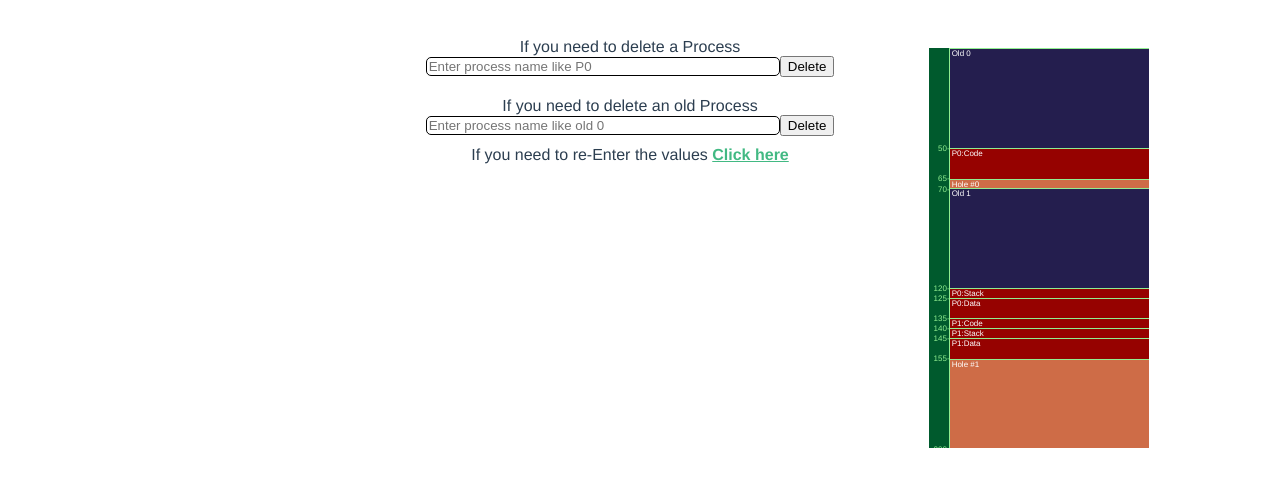
Repository: atout811/memory-allocation-project
Page: /#/final
The author's editor kept a copy of each file at every save. The page is drawn from the files as they stood at one save, then again after the next save.
The browser window is 1280 px wide. The pictures show the whole page.
The project was rebuilt for these pictures with package versions that can differ from the ones it lists, and the page was loaded fresh each time. Also part of the build but not shown: src/views/MemoryAndHoles.vue, src/views/Process.vue, src/views/Methods.vue.

Above is the page before, as saved 2021-06-10 19:50:00.

### src/views/Final.vue
<template>
  <div class="cont">
    <div class="inputs">
      <div>
        If you need to delete a Process
        <input
          type="text"
          placeholder="Enter process name like P0"
          v-model="delProcess"
          class="txt"
        />
        <input
          type="Button"
          value="Delete"
          placeholder="Enter process name like P0"
          @click="deleteProcess(delProcess, false, true)"
        />
      </div>
      <div>
        If you need to delete an old Process
        <input
          type="text"
          placeholder="Enter process name like old 0"
          v-model="delOld"
          class="txt"
        />
        <input
          type="Button"
          value="Delete"
          placeholder="Enter process name like P0"
          @click="deleteProcess(delOld, true, true)"
        />
        <div>
          If you need to re-Enter the values
          <router-link to="/"> Click here </router-link>
        </div>
        {{ waitingProcess() }}
      </div>
    </div>
    <div class="mem">
      <div class="memory"></div>
    </div>
  </div>
</template>

<script>
export default {
  name: "Final",

  data() {
    return {
      data: this.$store.state.input,
      delProcess: "",
      delOld: "",
    };
  },
  created: function () {
    let data = this.data;
    this.$store.state.input.Holes = data.Holes.map((item) => [
      Number(item.starting),
      Number(item.size),
    ]);

    let test = [];
    for (let index = 0; index < data.Processes.length; index++) {
      let item = data.Processes[index].segments;
      let temp = {};
      for (let j = 0; j < item.length; j++) {
        temp[item[j].name] = [Number(item[j].size)];
      }
      test[index] = [null, temp, data.Processes[index].name];
    }
    this.$store.state.input.Processes = [...test];
  },
  methods: {
    deleteProcess: function (delProcess, isOld) {
      const memory = document.querySelector("div.cont div.mem > .memory");

      const scale = 2;
      let data = this.data;
      let holes = data.Holes;
      // data.Holes.map((item) => [
      //   Number(item.starting),
      //   Number(item.size),
      // ]);

      // let holes = [
      //   [140, 100],
      //   [40, 80],
      //   [260, 90],
      // ];

      let totalMemorySize = Number(data.memSize);
      function orderHoles() {
        holes = holes.sort((a, b) => a[0] - b[0]);
      }
      function renderMemory() {
        memory.style.height = `${totalMemorySize * scale}px`;
      }
      renderMemory();
      let obj = {};
      // let test = data.Processes.map((item) => [
      //   null,
      //   item.segments.forEach((el) => {
      //     return Object.assign({ [el.name]: [Number(el.size)] });
      //   }),
      //   item.name,
      // ]);
      // let test = [];
      // for (let index = 0; index < data.Processes.length; index++) {
      //   let item = data.Processes[index].segments;
      //   let temp = {};
      //   for (let j = 0; j < item.length; j++) {
      //     temp[item[j].name] = [Number(item[j].size)];
      //   }
      //   test[index] = [null, temp, data.Processes[index].name];
      // }
      let processes = data.Processes;

      // processes = [
      //   [null, { code: [10], data: [30], stack: [16] }, "p1"],
      //   [null, { code: [15], data: [30], stack: [25] }, "p3"],
      //   [null, { code: [10], data: [40], stack: [18] }, "p2"],
      //   [null, { code: [12], data: [10], stack: [12] }, "p4"],
      // ]; //start,size,name
      console.log("prooooooooooocess: ", processes);
      let OldProcess = [];

      function generateOldProcess() {
        const firstHoleStart = holes[0][0];
        let flag;
        if (firstHoleStart > 0) {
          OldProcess.push([0, firstHoleStart, `old ${0}`]);
        }

        for (let h = 0; h < holes.length; h++) {
          const holeStart = holes[h][0];
          const HoleSize = holes[h][1];
          const HoleEnd = holeStart + HoleSize;

          if (h === holes.length - 1) {
            const lastHole = totalMemorySize - HoleEnd;
            if (HoleEnd < totalMemorySize)
              OldProcess.push([HoleEnd, lastHole, `old ${h + 1}`]);
          } else {
            const nextStart = holes[h + 1][0];
            OldProcess.push([HoleEnd, nextStart - HoleEnd, `old ${h + 1}`]);
          }
        }
      }
      // alert(holes[0][0])
      function renderHoles(type, holes) {
        // holes ==>
        for (let hole = 0; hole < holes.length; hole += 1) {
          const startingIndex = holes[hole][0];
          const size = holes[hole][1];

          // alert(hole)
          const holeBox = document.createElement("div");
          if (type === "old") {
            holeBox.innerText = holes[hole][2];
            holeBox.classList.add("oldProcess");
          } else if (type === "hole") {
            holeBox.innerText = "Hole #" + hole;
            holeBox.classList.add("hole");
          } else if (type === "process") {
            holeBox.innerText = holes[hole][2];
            holeBox.classList.add("process");
          }

          holeBox.style.top = `${startingIndex * scale}px`;
          holeBox.style.height = `${size * scale}px`;
          const endSize = document.createElement("span");
          const endSizeContainer = document.createElement("div");
          endSizeContainer.classList.add("endSizeContainer");
          endSizeContainer.appendChild(endSize);
          endSize.innerText = startingIndex + size;

          endSize.classList.add("holeEndIndex");
          if (startingIndex !== null) {
            holeBox.appendChild(endSizeContainer);
            memory.appendChild(holeBox);
          } else {
            // ERROR THE PROCESS CAN'T BE ALLOCATED
          }
        }
      }

      const totalProcessSize = (process) =>
        Object.values(process).reduce((prev, acc) => prev + acc);

      let method = data.Method;
      function allocate() {
        for (let p = 0; p < processes.length; p++) {
          // DON'T TOUCH MY SHIT 😡😡😡
          // firstFit(processes[p])
          if (method == "first-fit") {
            console.log("First");
            firstFit(processes[p]);
          } else if (method == "best-fit") {
            console.log("Best");
            bestFit(processes[p], true);
          } else if (method == "worse-fit") {
            console.log("Worse");
            bestFit(processes[p], false);
          }
        }
        console.log("PROCCESES", processes);
      }

      function getSmallestHole(tempHoles, segmentSize, isBest) {
        let smallestHole = isBest ? [0, 1000000] : [0, 0];

        tempHoles.forEach((hole, index) => {
          const [holeStart, holeSize] = hole;
          if (isBest) {
            if (holeSize > segmentSize && smallestHole[1] > holeSize) {
              smallestHole = hole;
              smallestHole[2] = index;
            } else if (
              smallestHole[2] === undefined &&
              index === tempHoles.length - 1
            ) {
              // couldn't find hole
              smallestHole[2] = -1;
            }
          } else {
            // worse fit (let largest hole)
            if (holeSize > segmentSize && smallestHole[1] < holeSize) {
              smallestHole = hole;
              smallestHole[2] = index;
            } else if (
              smallestHole[2] === undefined &&
              index === tempHoles.length - 1
            ) {
              // couldn't find hole
              smallestHole[2] = -1;
            }
          }
        });
        return smallestHole;
      }

      function bestFit(p, isBest) {
        // Allocate in the smallest hole
        const segments = p[1];
        let isAllProcessAllocated = true;
        let tempHoles = JSON.parse(JSON.stringify(holes));
        Object.entries(segments).forEach(
          // for each segment
          ([name, value]) => {
            const segmentSize = value[0];
            let smallest = getSmallestHole(tempHoles, segmentSize, isBest);
            const [holeStart, holeEnd, holeIndex] = smallest;
            if (holeIndex == -1) {
              console.log("PROCESS CAN NOt BE ALLOCATED", p);
              isAllProcessAllocated = false;
              p[0] = true;
            }

            value[1] = smallest[0];
            const segEnd = segmentSize + holeStart;

            if (holeIndex !== -1) {
              tempHoles[holeIndex][0] = segEnd;
              const oldHoleSize = tempHoles[holeIndex][1];
              tempHoles[holeIndex][1] = oldHoleSize - segmentSize;
            } else {
              console.log("BUBUBUB", holeIndex);
            }

            //    console.log("value",value)
            //    console.log("smallestHole",smallest)
            console.log("_________________");
          }
        );
        if (isAllProcessAllocated) holes = tempHoles;
      }

      function firstFit(p) {
        // forEach segment loop over the holes
        // create a temp allocation array
        // that array
        // const size =totalProcessSize
        const segments = p[1];
        let isAllProcessAllocated = true;
        let tempHoles = JSON.parse(JSON.stringify(holes));

        Object.entries(segments).forEach(([name, value]) => {
          tempHoles.every((hole, index) => {
            const [holeStart, holeSize] = hole;
            let [size, segmentStartingIndex] = value;
            if (size <= holeSize) {
              value[1] = tempHoles[index][0];
              const segEnd = size + holeStart;
              tempHoles[index][0] = segEnd;
              tempHoles[index][1] = tempHoles[index][1] - size;
              return false;
            } else {
              if (index === tempHoles.length - 1) {
                //😞 مش لاقي مكان
                isAllProcessAllocated = false;
                console.log("CATCH", p);
                p[0] = true;
              }
              return true;
            }
          });
        });
        if (isAllProcessAllocated) {
          holes = tempHoles;
        }
      }

      function renderProcess() {
        processes.forEach((p) => {
          // loop over segments:
          if (!p[0]) {
            Object.keys(p[1]).forEach((s) => {
              // console.log("SEGMEMT",[p[1][s][1],[p[1][s]][0]])
              renderHoles("process", [
                [p[1][s][1], p[1][s][0], `${p[2]}:${s}`],
              ]);
            });
          }
          // }else{
          // PROCESS CAN NOT BE ALLOCATED (NO ENGOUGH SPACE!)
          // }
        });
      }

      function concateHoles() {
        holes.forEach((h, index) => {
          const [start, size] = h;
          if (index < holes.length - 1) {
            const end = start + size;
            const [nextStart, nextSize] = holes[index + 1];
            if (end >= nextStart) {
              holes[index][1] = nextStart + nextSize - start;
              holes = [...holes.slice(0, index + 1), ...holes.slice(index + 2)];
              concateHoles();
            }
          }
        });
      }

      const deleteProcess = (processName, isOld) => {
        // create a hole
        console.log(
          "--------------------------------------------------------------------------------"
        );

        let start, ProcessSize, AfterDelete, segments;
        if (isOld) {
          // deleteProcess()
          const processIndex = OldProcess.findIndex(
            (p) => p[2] === processName
          );
          AfterDelete = [
            ...OldProcess.slice(0, processIndex),
            ...OldProcess.slice(processIndex + 1),
          ];
          // [start,segments,name] =processes[processIndex]
          start = OldProcess[processIndex][0];
          ProcessSize = OldProcess[processIndex][1];

          OldProcess = AfterDelete;
          holes.push([start, ProcessSize]);
        } else {
          const processIndex = processes.findIndex((p) => p[2] === processName);
          console.log("INDDDEX", processIndex);
          AfterDelete = [
            ...processes.slice(0, processIndex),
            ...processes.slice(processIndex + 1),
          ];
          //  recover Holes
          const [starter, segments] = processes[processIndex];
          Object.values(segments).forEach(([size, starting]) => {
            console.log(size, starting);
            holes.push([starting, size]);
          });
          processes = AfterDelete;
          this.$store.state.input.Processes = AfterDelete;
          console.log(processes);
          console.log("hey", this.$store.state.input.Processes);
        }

        orderHoles();
        concateHoles();
        // [null,{code:10,data:30,stack:16},"p1"]
        render();
      };
      orderHoles();
      concateHoles();
      generateOldProcess();
      // deleteProcess("old 0",true)
      // deleteProcess("old 2",true)
      allocate();

      function clear() {
        while (memory.firstChild) {
          memory.removeChild(memory.lastChild);
        }
      }

      function render() {
        clear();
        renderHoles("hole", holes);
        renderHoles("old", OldProcess);
        renderProcess();
      }
      render();
      if (delProcess.length) {
        deleteProcess(delProcess, isOld, this.$store.state.input.Processes);
      }
      // deleteProcess("p2",false)
      // deleteProcess("p1",false)
      // deleteProcess("p4",false)
    },
    waitingProcess: function () {
      return this.$store.state.input.Processes.forEach((item) =>
        item[0] ? `${item[2]} is  waiting` : null
      );
    },
  },
  mounted: function () {
    const memory = document.querySelector("div.cont div.mem > .memory");
    console.log(memory);
    const scale = 2;
    let data = this.data;

    let holes = data.Holes;
    // data.Holes.map((item) => [
    //   Number(item.starting),
    //   Number(item.size),
    // ]);

    // let holes = [
    //   [140, 100],
    //   [40, 80],
    //   [260, 90],
    // ];

    let totalMemorySize = Number(data.memSize);
    function orderHoles() {
      holes = holes.sort((a, b) => a[0] - b[0]);
    }
    function renderMemory() {
      memory.style.height = `${totalMemorySize * scale}px`;
    }
    renderMemory();
    let obj = {};
    // let test = data.Processes.map((item) => [
    //   null,
    //   item.segments.forEach((el) => {
    //     return Object.assign({ [el.name]: [Number(el.size)] });
    //   }),
    //   item.name,
    // ]);
    // let test = [];
    // for (let index = 0; index < data.Processes.length; index++) {
    //   let item = data.Processes[index].segments;
    //   let temp = {};
    //   for (let j = 0; j < item.length; j++) {
    //     temp[item[j].name] = [Number(item[j].size)];
    //   }
    //   test[index] = [null, temp, data.Processes[index].name];
    // }
    let processes = data.Processes;
    console.log("prooooooooooocess: ", processes);
    let OldProcess = [];

    function generateOldProcess() {
      const firstHoleStart = holes[0][0];

      if (firstHoleStart > 0) {
        OldProcess.push([0, firstHoleStart, `old ${0}`]);
      }

      for (let h = 0; h < holes.length; h++) {
        const holeStart = holes[h][0];
        const HoleSize = holes[h][1];
        const HoleEnd = holeStart + HoleSize;

        if (h === holes.length - 1) {
          const lastHole = totalMemorySize - HoleEnd;
          if (HoleEnd < totalMemorySize)
            OldProcess.push([HoleEnd, lastHole, `old ${h + 1}`]);
        } else {
          const nextStart = holes[h + 1][0];
          OldProcess.push([HoleEnd, nextStart - HoleEnd, `old ${h + 1}`]);
        }
      }
    }
    // alert(holes[0][0])
    function renderHoles(type, holes) {
      // holes ==>
      for (let hole = 0; hole < holes.length; hole += 1) {
        const startingIndex = holes[hole][0];
        const size = holes[hole][1];

        // alert(hole)
        const holeBox = document.createElement("div");
        if (type === "old") {
          holeBox.innerText = holes[hole][2];
          holeBox.classList.add("oldProcess");
        } else if (type === "hole") {
          holeBox.innerText = "Hole #" + hole;
          holeBox.classList.add("hole");
        } else if (type === "process") {
          holeBox.innerText = holes[hole][2];
          holeBox.classList.add("process");
        }

        holeBox.style.top = `${startingIndex * scale}px`;
        holeBox.style.height = `${size * scale}px`;
        const endSize = document.createElement("span");
        const endSizeContainer = document.createElement("div");
        endSizeContainer.classList.add("endSizeContainer");
        endSizeContainer.appendChild(endSize);
        endSize.innerText = startingIndex + size;

        endSize.classList.add("holeEndIndex");
        if (startingIndex !== null) {
          holeBox.appendChild(endSizeContainer);
          memory.appendChild(holeBox);
        } else {
          // ERROR THE PROCESS CAN'T BE ALLOCATED
        }
      }
    }

    const totalProcessSize = (process) =>
      Object.values(process).reduce((prev, acc) => prev + acc);

    let method = data.Method;
    function allocate() {
      for (let p = 0; p < processes.length; p++) {
        // DON'T TOUCH MY SHIT 😡😡😡
        // firstFit(processes[p])
        if (method == "first-fit") {
          console.log("First");
          firstFit(processes[p]);
        } else if (method == "best-fit") {
          console.log("Best");
          bestFit(processes[p], true);
        } else if (method == "worse-fit") {
          console.log("Worse");
          bestFit(processes[p], false);
        }
      }
      console.log("PROCCESES", processes);
    }

    function getSmallestHole(tempHoles, segmentSize, isBest) {
      let smallestHole = isBest ? [0, 1000000] : [0, 0];

      tempHoles.forEach((hole, index) => {
        const [holeStart, holeSize] = hole;
        if (isBest) {
          if (holeSize > segmentSize && smallestHole[1] > holeSize) {
            smallestHole = hole;
            smallestHole[2] = index;
          } else if (
            smallestHole[2] === undefined &&
            index === tempHoles.length - 1
          ) {
            // couldn't find hole
            smallestHole[2] = -1;
          }
        } else {
          // worse fit (let largest hole)
          if (holeSize > segmentSize && smallestHole[1] < holeSize) {
            smallestHole = hole;
            smallestHole[2] = index;
          } else if (
            smallestHole[2] === undefined &&
            index === tempHoles.length - 1
          ) {
            // couldn't find hole
            smallestHole[2] = -1;
          }
        }
      });
      return smallestHole;
    }

    function bestFit(p, isBest) {
      // Allocate in the smallest hole
      const segments = p[1];
      let isAllProcessAllocated = true;
      let tempHoles = JSON.parse(JSON.stringify(holes));
      Object.entries(segments).forEach(
        // for each segment
        ([name, value]) => {
          const segmentSize = value[0];
          let smallest = getSmallestHole(tempHoles, segmentSize, isBest);
          const [holeStart, holeEnd, holeIndex] = smallest;
          if (holeIndex == -1) {
            console.log("PROCESS CAN NOt BE ALLOCATED", p);
            isAllProcessAllocated = false;
            p[0] = true;
          }

          value[1] = smallest[0];
          const segEnd = segmentSize + holeStart;

          if (holeIndex !== -1) {
            tempHoles[holeIndex][0] = segEnd;
            const oldHoleSize = tempHoles[holeIndex][1];
            tempHoles[holeIndex][1] = oldHoleSize - segmentSize;
          } else {
            console.log("BUBUBUB", holeIndex);
          }

          //    console.log("value",value)
          //    console.log("smallestHole",smallest)
          console.log("_________________");
        }
      );
      if (isAllProcessAllocated) holes = tempHoles;
    }

    function firstFit(p) {
      // forEach segment loop over the holes
      // create a temp allocation array
      // that array
      // const size =totalProcessSize
      const segments = p[1];
      let isAllProcessAllocated = true;
      let tempHoles = JSON.parse(JSON.stringify(holes));

      Object.entries(segments).forEach(([name, value]) => {
        tempHoles.every((hole, index) => {
          const [holeStart, holeSize] = hole;
          let [size, segmentStartingIndex] = value;
          if (size <= holeSize) {
            value[1] = tempHoles[index][0];
            const segEnd = size + holeStart;
            tempHoles[index][0] = segEnd;
            tempHoles[index][1] = tempHoles[index][1] - size;
            return false;
          } else {
            if (index === tempHoles.length - 1) {
              //😞 مش لاقي مكان
              isAllProcessAllocated = false;
              console.log("CATCH", p);
              p[0] = true;
            }
            return true;
          }
        });
      });
      if (isAllProcessAllocated) {
        holes = tempHoles;
      }
    }

    function renderProcess() {
      processes.forEach((p) => {
        // loop over segments:
        if (!p[0]) {
          Object.keys(p[1]).forEach((s) => {
            // console.log("SEGMEMT",[p[1][s][1],[p[1][s]][0]])
            renderHoles("process", [[p[1][s][1], p[1][s][0], `${p[2]}:${s}`]]);
          });
        }
        // }else{
        // PROCESS CAN NOT BE ALLOCATED (NO ENGOUGH SPACE!)
        // }
      });
    }

    function concateHoles() {
      holes.forEach((h, index) => {
        const [start, size] = h;
        if (index < holes.length - 1) {
          const end = start + size;
          const [nextStart, nextSize] = holes[index + 1];
          if (end >= nextStart) {
            holes[index][1] = nextStart + nextSize - start;
            holes = [...holes.slice(0, index + 1), ...holes.slice(index + 2)];
            concateHoles();
          }
        }
      });
    }

    function deleteProcess(processName, isOld) {
      // create a hole
      let start, ProcessSize, AfterDelete, segments;
      if (isOld) {
        // deleteProcess()
        const processIndex = OldProcess.findIndex((p) => p[2] === processName);
        AfterDelete = [
          ...OldProcess.slice(0, processIndex),
          ...OldProcess.slice(processIndex + 1),
        ];
        // [start,segments,name] =processes[processIndex]
        start = OldProcess[processIndex][0];
        ProcessSize = OldProcess[processIndex][1];

        OldProcess = AfterDelete;
        holes.push([start, ProcessSize]);
      } else {
        const processIndex = processes.findIndex((p) => p[2] === processName);
        console.log("INDDDEX", processIndex);
        AfterDelete = [
          ...processes.slice(0, processIndex),
          ...processes.slice(processIndex + 1),
        ];
        //  recover Holes
        const [starter, segments] = processes[processIndex];
        Object.values(segments).forEach(([size, starting]) => {
          console.log(size, starting);
          holes.push([starting, size]);
        });
        processes = AfterDelete;
      }

      orderHoles();
      concateHoles();
      // [null,{code:10,data:30,stack:16},"p1"]
      render();
    }
    orderHoles();
    concateHoles();
    generateOldProcess();
    // deleteProcess("old 0",true)
    // deleteProcess("old 2",true)
    allocate();

    function clear() {
      while (memory.firstChild) {
        memory.removeChild(memory.lastChild);
      }
    }

    function render() {
      clear();
      renderHoles("hole", holes);
      renderHoles("old", OldProcess);
      renderProcess();
    }
    render();

    //deleteProcess("P2", false);
    // deleteProcess("p1",false)
    // deleteProcess("p4",false)
  },
};
</script>

<style scoped >
/* .memory >>> body {
  display: flex;
  flex-direction: column;
  justify-content: right;
  height: 100vh;

  margin: 0;
  font-family: "Courier New", Courier, monospace;
} */
div {
  margin: 10px;
}
.txt {
  width: 70%;
  border-radius: 5px;
  border: 1px solid;
}
.cont {
  display: grid;
}
.inputs {
  grid-column: 1;
  display: flex;
  flex-direction: column;
}
.memory >>> h1 {
  color: blueviolet;
}
.mem {
  grid-column: 4;
}
.memory {
  background-color: #005a2d;

  /* padding: 20px; */
  /* border-radius: 5px; */
  display: flex;
  flex-direction: column;
  width: 200px;
  align-self: flex-end;
  height: 1150px;
  /* top: 5%; */
  position: absolute;
  padding-left: 20px;
  overflow: hidden;
  margin: 20px;
}
.memory >>> .hole {
  background-color: #ce6c47;
  /* border: 0.7px solid #0f0; */
  border: 1px solid lightgreen;
  margin-top: 1px;
  /* height: 100px; */
  display: flex;
  /* align-self: center; */
  width: 100%;
  color: white;

  /* align-items: center; */
  /* justify-content: center; */
  position: absolute;
}
.memory >>> .oldProcess {
  background-color: #241e4e;
  /* border: 0.7px solid darkred; */
  color: white;
  display: flex;
  border: 1px solid lightgreen;
  width: 100%;
  position: absolute;
}
.memory >>> .process {
  background-color: #960200;
  /* border-bottom: 0.7px solid #eae7af; */
  /* border-top: 0.7px solid lightgreen; */
  display: flex;
  width: 100%;
  position: absolute;
  color: white;
  border: 1px solid lightgreen;
}

.memory >>> .hole,
.memory >>> .oldProcess,
.memory >>> .process {
  font-size: 0.5rem;
  text-transform: capitalize;
  padding-left: 2px;
  color: #fff;
  border-top: 0.2px solid lightgreen;
}

.memory >>> .endSizeContainer {
  /* background-color: red !important; */
  width: 20px;
  z-index: 1000;
  color: lightgreen !important;
  color: #ccc;
  font-size: 0.5rem;

  position: absolute;
  top: calc(100% - 5.4px);
  text-align: right;
  display: block;
  left: -20px;
}
.memory >>> .holeEndIndex::after {
  content: "-";
}
</style>

Loaded but not shown: public/index.html (common file); src/main.js (common file); src/store/index.js (43 lines, source omitted); src/router/index.js (35 lines, source omitted); src/App.vue (41 lines, source omitted)

After the next save:
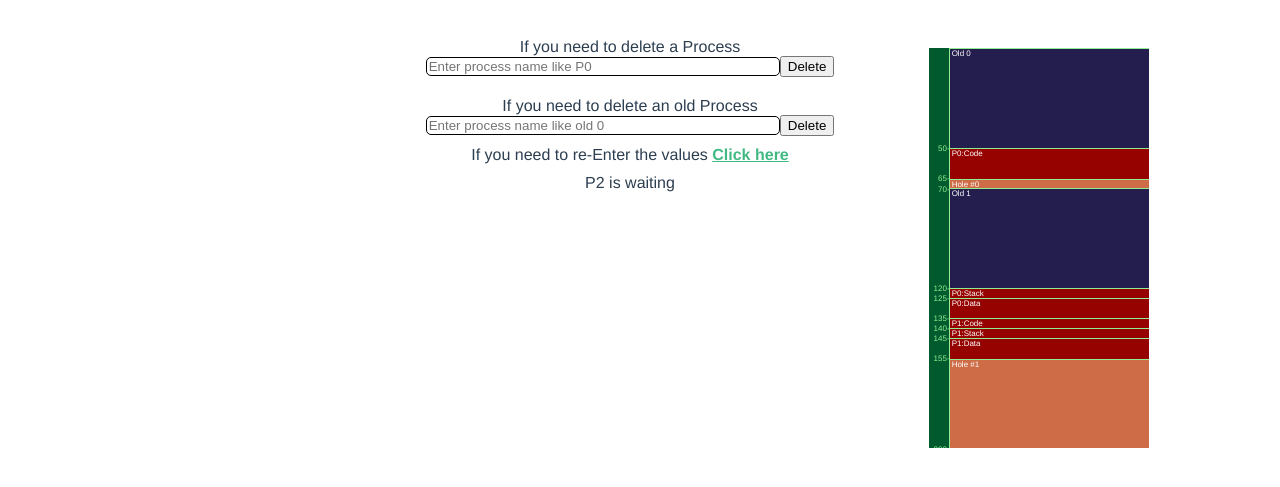
Saved 53 s later.
--- a/src/views/Final.vue
+++ b/src/views/Final.vue
@@ -418,9 +418,11 @@ export default {
       // deleteProcess("p4",false)
     },
     waitingProcess: function () {
-      return this.$store.state.input.Processes.forEach((item) =>
-        item[0] ? `${item[2]} is  waiting` : null
+      let pro;
+      this.$store.state.input.Processes.forEach((item) =>
+        item[0] ? (pro = item[2]) : null
       );
+      return `${pro} is waiting`;
     },
   },
   mounted: function () {
